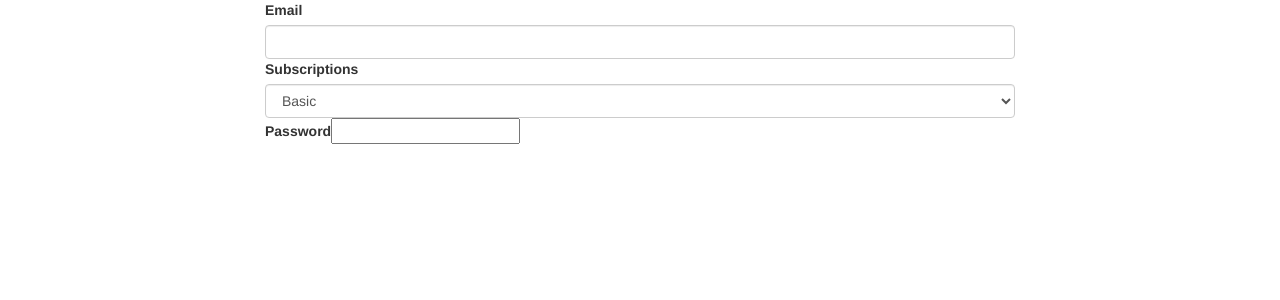
Repository: NikitasX/AngularCourse
Page: / (app in td-forms-assignment/)
An editor plug-in stored every save of this project. The page is shown before and after a run of saves, followed by the edit.
The browser window is 1280 px wide. The pictures show the whole page.
The project was rebuilt for these pictures with package versions that can differ from the ones it lists, and the page was loaded fresh each time. Also part of the build but not shown: td-forms-assignment/angular.json.

Above is the page before, as saved 2020-09-25 16:35:32.

After the next 2 saves:
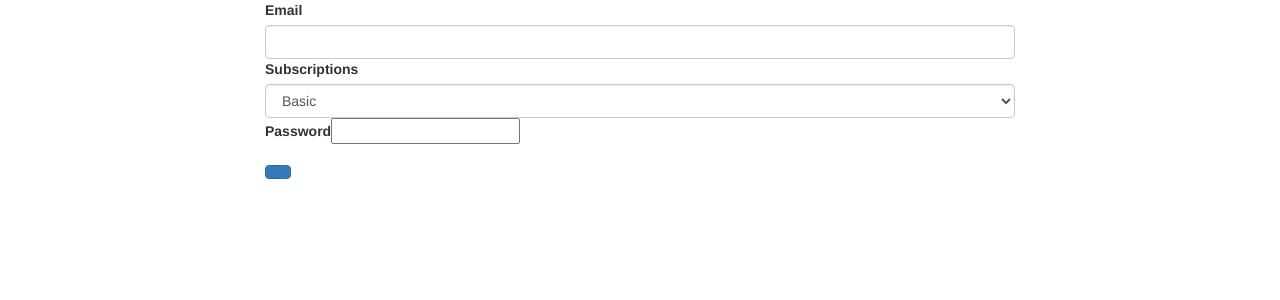
The 2 saves are shown as one change because they came seconds apart.
The last was saved 9 s later.
--- a/td-forms-assignment/src/app/app.component.html
+++ b/td-forms-assignment/src/app/app.component.html
@@ -27,7 +27,7 @@
             class="form-cotrol"
             required>
         </div>
-
+        <button class="btn btn-primary" type="submit"></button>
       </form>
 
       <!-- Add a Form with the following Inputs (and Validators)
